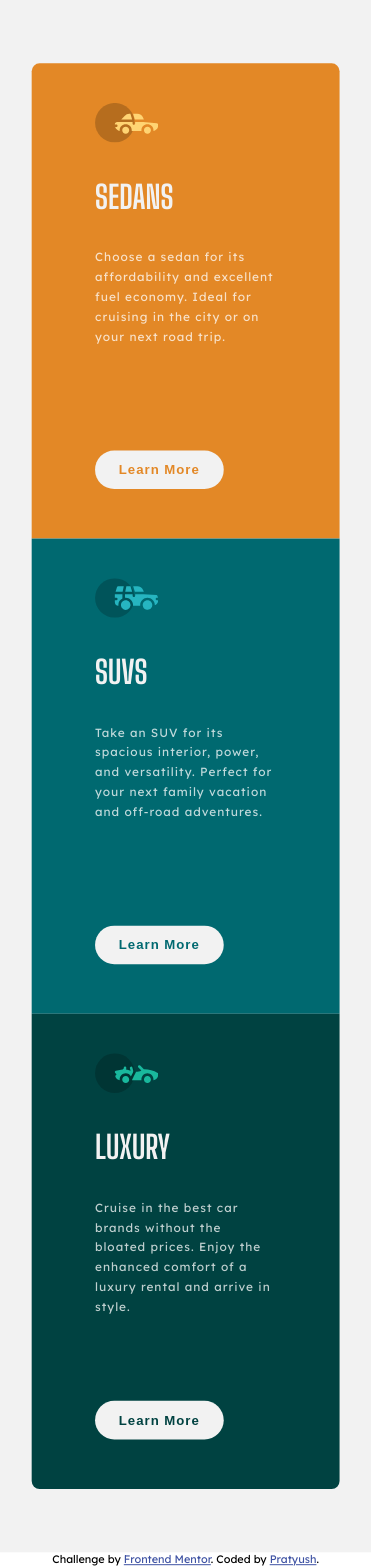
Repository: PratypartyY2K/frontendmentor-challenges
Page: 3-column-card/index.html
The author's editor kept a copy of each file at every save. The page is drawn from the files as they stood at one save, then again after the next save.
The browser window is 375 px wide. The pictures show the whole page, at 99% of full size.

Above is the page before, as saved 2021-07-14 13:11:30.

### 3-column-card/index.html
<!DOCTYPE html>
<html lang="en">
  <head>
    <meta charset="UTF-8" />
    <meta name="viewport" content="width=device-width, initial-scale=1.0" />
    <!-- displays site properly based on user's device -->

    <link
      rel="icon"
      type="image/png"
      sizes="32x32"
      href="./images/favicon-32x32.png"
    />

    <!--font-->
    <link rel="preconnect" href="https://fonts.googleapis.com" />
    <link rel="preconnect" href="https://fonts.gstatic.com" crossorigin />
    <link
      href="https://fonts.googleapis.com/css2?family=Big+Shoulders+Display:wght@700&display=swap"
      rel="stylesheet"
    />
    <link
      href="https://fonts.googleapis.com/css2?family=Lexend+Deca&display=swap"
      rel="stylesheet"
    />

    <title>Frontend Mentor | 3-column preview card component</title>

    <link rel="stylesheet" href="style.css" />
  </head>
  <body>
    <div class="card-wrapper">
      <div class="col-1">
        <img src="images/icon-sedans.svg" class="icon" />
        <h3>Sedans</h3>
        <div class="card-content">
          Choose a sedan for its affordability and excellent fuel economy. Ideal
          for cruising in the city or on your next road trip.
        </div>
        <button class="btn-1">Learn More</button>
      </div>
      <div class="col-2">
        <img src="images/icon-suvs.svg" class="icon" />
        <h3>SUVs</h3>
        <div class="card-content">
          Take an SUV for its spacious interior, power, and versatility. Perfect
          for your next family vacation and off-road adventures.
        </div>
        <button class="btn-2">Learn More</button>
      </div>
      <div class="col-3">
        <img src="images/icon-luxury.svg" class="icon" />
        <h3>Luxury</h3>
        <div class="card-content">
          Cruise in the best car brands without the bloated prices. Enjoy the
          enhanced comfort of a luxury rental and arrive in style.
        </div>
        <button class="btn-3">Learn More</button>
      </div>
    </div>

    <div class="attribution">
      Challenge by
      <a href="https://www.frontendmentor.io?ref=challenge" target="_blank"
        >Frontend Mentor</a
      >. Coded by
      <a
        href="https://www.frontendmentor.io/profile/PratypartyY2K"
        target="_blank"
        >Pratyush</a
      >.
    </div>
  </body>
</html>

### 3-column-card/style.css
:root {
    --primary-orange: hsl(31, 77%, 52%);
    --primary-cyan: hsl(184, 100%, 22%);
    --primary-dark-cyan: hsl(179, 100%, 13%);
    --neutral-white: hsla(0, 0%, 100%, 0.75);
    --neutral-gray: hsl(0, 0%, 95%);
    --col-padding: 2.5rem 4rem;
}

body {
    margin: 0;
    font-family: 'Lexend Deca', sans-serif;

}

.card-wrapper {
    background-color: var(--neutral-gray);
    min-height: 80vh;
    display: flex;
    justify-content: center;
    align-items: center;
    padding: 4rem 26rem;
}

.col-1, .col-2, .col-3 {
    position: relative;
    height: 400px;
    padding: 2.5rem 3.5rem;
}

.col-1 {
    background-color: var(--primary-orange);
    border-radius: 8px 0 0 8px;
}

.col-2 {
    background-color: var(--primary-cyan);
}

.col-3 {
    background-color: var(--primary-dark-cyan);
    border-radius: 0 8px 8px 0;
}

h3 {
    color: var(--neutral-gray);
    font-size: 2rem;
    font-family: 'Big Shoulders Display', cursive;
    font-weight: 700;
    text-transform: uppercase;

}

.card-content {
    font-size: 0.75rem;
    color: var(--neutral-white);
    line-height: 1.25rem;
    margin-bottom: 1.5rem;
    letter-spacing: 1px;
}

button {
    position: absolute;
    background-color: var(--neutral-gray);
    padding: 0.75rem 1.5rem;
    border: none;
    border-radius: 25px;
    outline-style: none;
    letter-spacing: 1px;
    font-weight: 700;
    bottom: 50px
}

.btn-1 {
    color: var(--primary-orange);
}

.btn-2 {
    color: var(--primary-cyan);
}

.btn-3 {
    color: var(--primary-dark-cyan);
}

@media only screen and (max-width: 600px) {
    body {
        padding: 0;
    }

    .card-wrapper {
        display: flex;
        flex-direction: column;
        padding: 4rem 2rem;
    }

    .col-1 {
        background-color: var(--primary-orange);
        border-radius: 8px 8px 0 0;
        padding: var(--col-padding);
    }

    .col-2 {
        background-color: var(--primary-cyan);
        padding: var(--col-padding);
    }

    .col-3 {
        background-color: var(--primary-dark-cyan);
        border-radius: 0 0 8px 8px;
        padding: var(--col-padding);
    }

    h3 {
        color: var(--neutral-gray);
        font-size: 2rem;
        font-family: 'Big Shoulders Display', cursive;
        font-weight: 700;
        text-transform: uppercase;

    }

    .card-content {
        font-size: 0.75rem;
        color: var(--neutral-white);
        line-height: 1.25rem;
        margin-bottom: 1.5rem;
        letter-spacing: 1px;
    }

    button {
        background-color: var(--neutral-gray);
        padding: 0.75rem 1.5rem;
        border: none;
        border-radius: 25px;
        outline-style: none;
        letter-spacing: 1px;
        font-weight: 700;
    }

    .btn-1 {
        color: var(--primary-orange);
    }

    .btn-2 {
        color: var(--primary-cyan);
    }

    .btn-3 {
        color: var(--primary-dark-cyan);
    }
}

.attribution {
    font-size: 11px;
    text-align: center;
}
.attribution a {
    color: hsl(228, 45%, 44%);
}

After the next save:
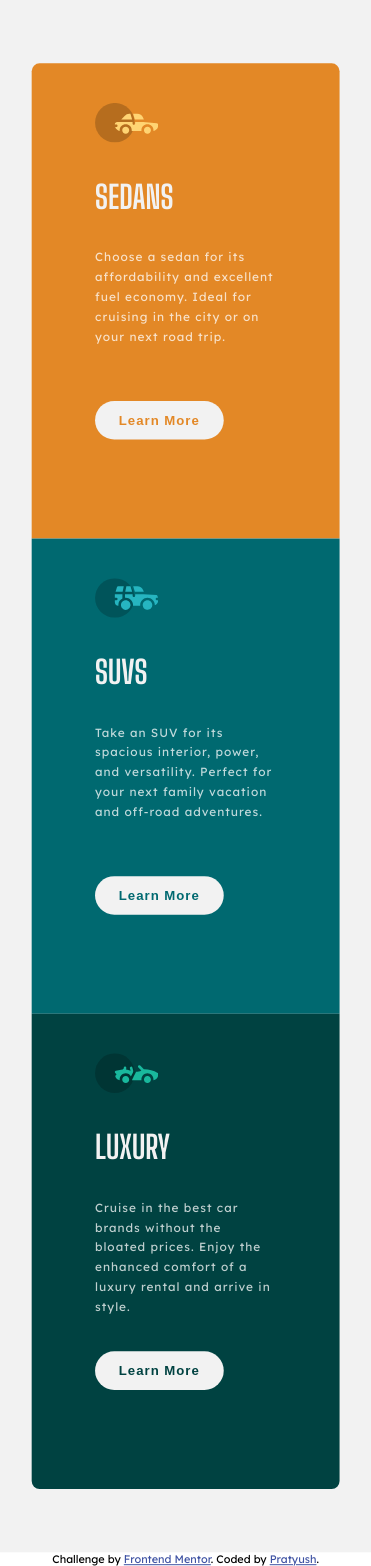
Saved 62 s later.
--- a/3-column-card/style.css
+++ b/3-column-card/style.css
@@ -129,13 +129,7 @@ button {
     }
 
     button {
-        background-color: var(--neutral-gray);
-        padding: 0.75rem 1.5rem;
-        border: none;
-        border-radius: 25px;
-        outline-style: none;
-        letter-spacing: 1px;
-        font-weight: 700;
+       bottom: 100px;
     }
 
     .btn-1 {
